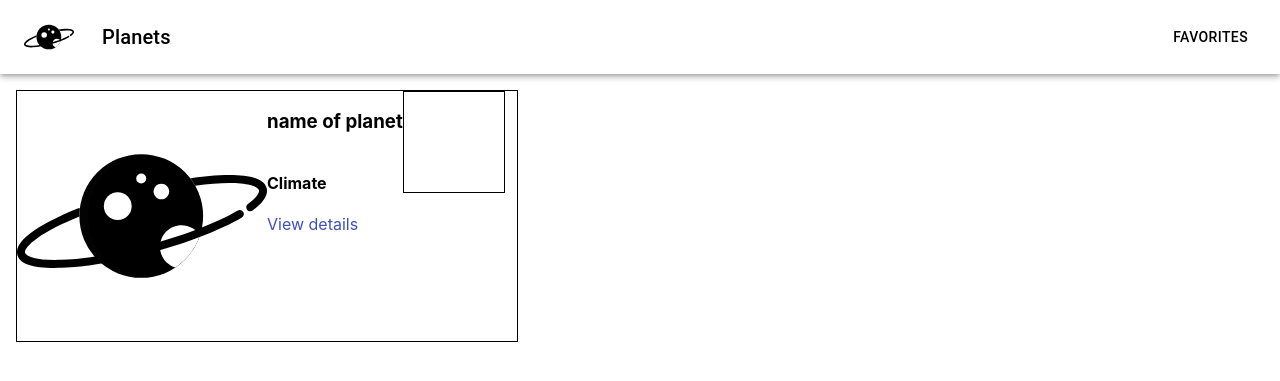
Repository: samridhie01/assignment
Page: /
These files come from the project's save history. The page is drawn as it stood at one moment and after the next save; the edit follows.
The browser window is 1280 px wide. The pictures show the whole page.
The page's requests for data from a server got no answer. The project was rebuilt for these pictures with package versions that can differ from the ones it lists, and the page was loaded fresh each time. No one was signed in, and anything a server would have sent is missing.

Above is the page before, as saved 2020-08-19 21:48:22.

After the next save:
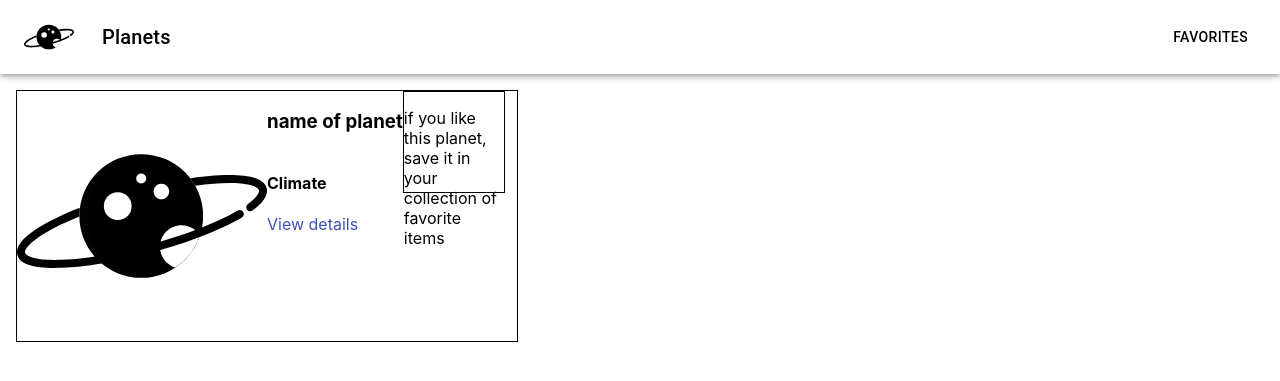
Saved 52 s later.
--- a/src/components/planets/Planets.tsx
+++ b/src/components/planets/Planets.tsx
@@ -38,7 +38,9 @@ export default function Planets() {
         <h4>Climate</h4>
         <Link>View details</Link>
       </div>
-      <Box border={1} width={100} height={100}></Box>
+      <Box border={1} width={100} height={100}>
+          <p>if you like this planet, save it in your collection of favorite items</p>
+      </Box>
     </Box>
   );
 }
